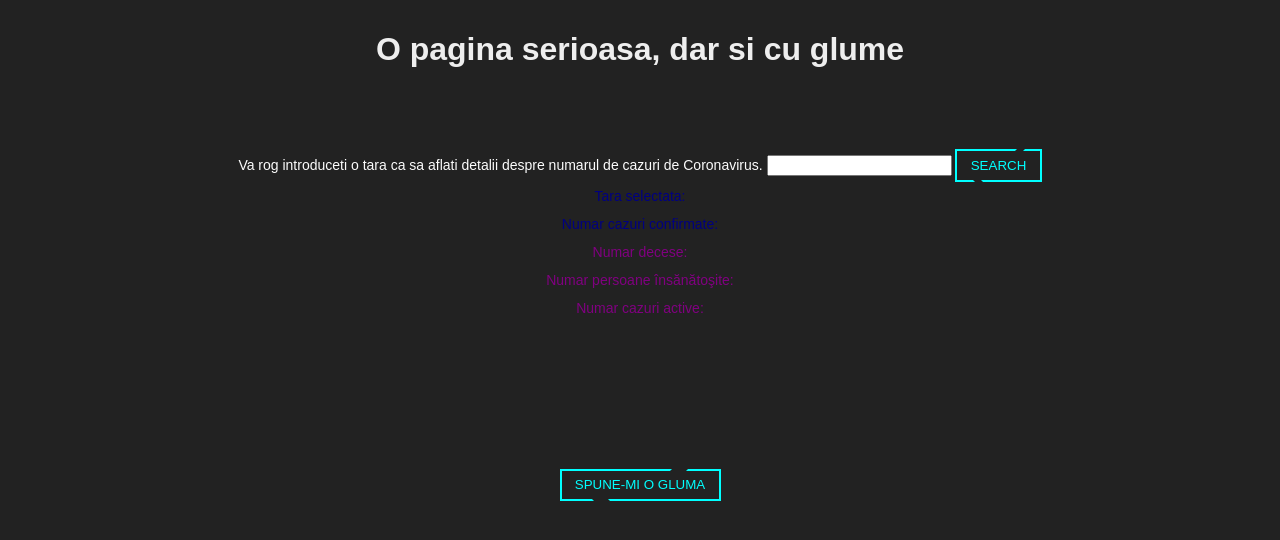
Repository: vladturturica97/proiect-cc2
Page: server/frontend/index.html
The author's editor kept a record of every edit. The page is drawn from the files as they stood at one moment, then again after the next edit.
The browser window is 1280 px wide. The pictures show the whole page.

Above is the page before.

After the next edit:
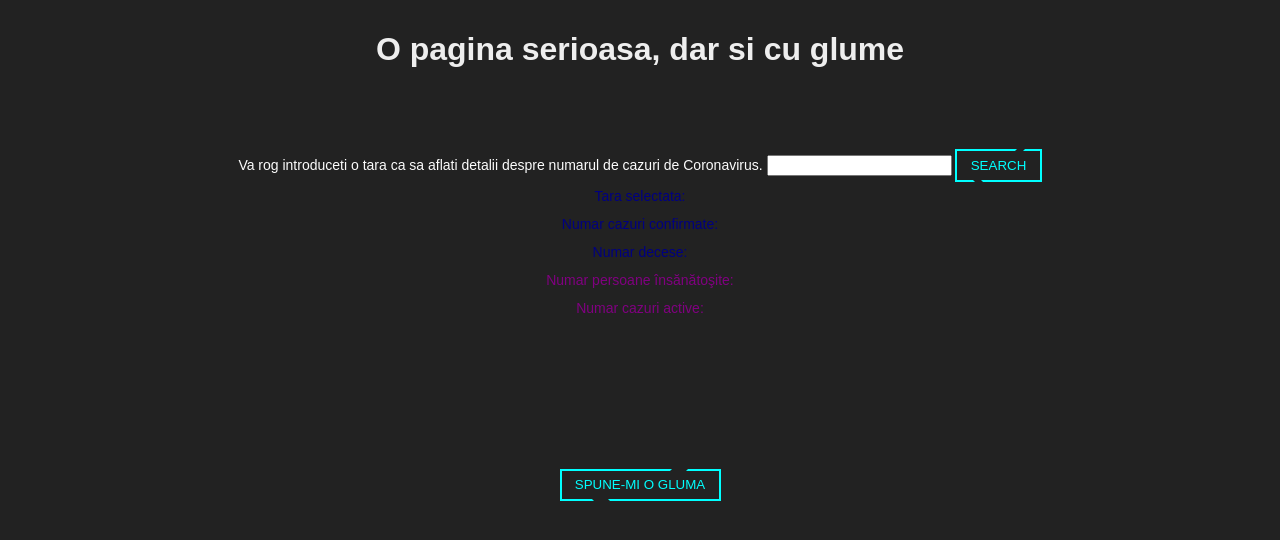
The edit:
--- a/server/frontend/index.html
+++ b/server/frontend/index.html
@@ -192,7 +192,7 @@
         <label id="country" class="underlined-a">  </label><br>
         <label style="color:#000080" > Numar cazuri confirmate: </label>
         <label id="confirmed" class="underlined-a">  </label><br>
-        <label style="color:purple" > Numar decese: </label>
+        <label style="color:#000080" > Numar decese: </label>
         <label id="deaths" class="underlined-a">  </label><br>
         <label style="color:purple"> Numar persoane însănătoşite: </label>
         <label id="recovered" class="underlined-a">  </label><br>
